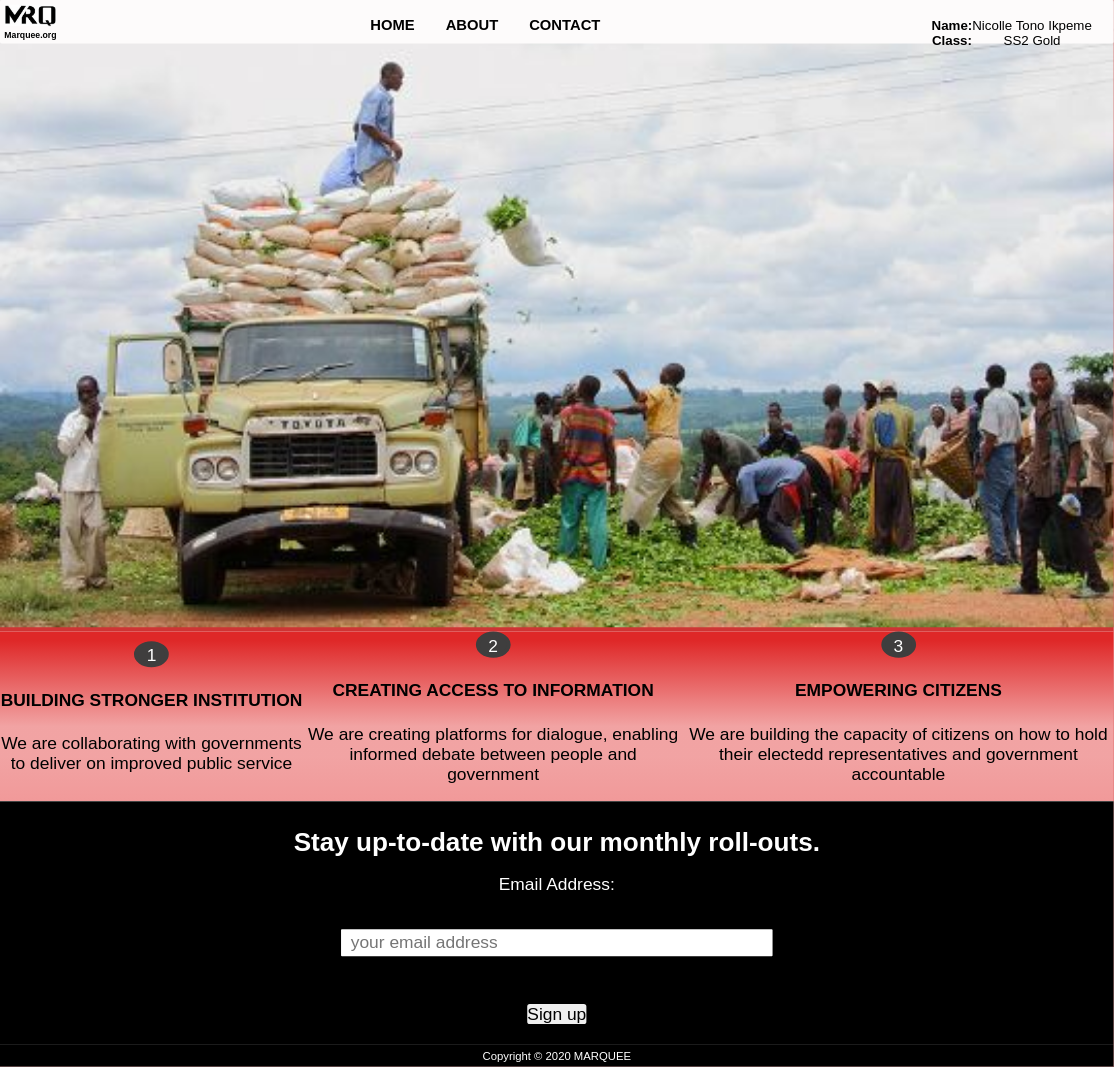
Repository: pboi18/Marquee.org
Page: home.html
These files come from the project's save history. The page is drawn as it stood at one moment and after the next save; the edit follows.
The browser window is 1280 px wide. The pictures show the whole page, at 87% of full size.

Above is the page before, as saved 2020-07-11 23:18:55.

After the next save:
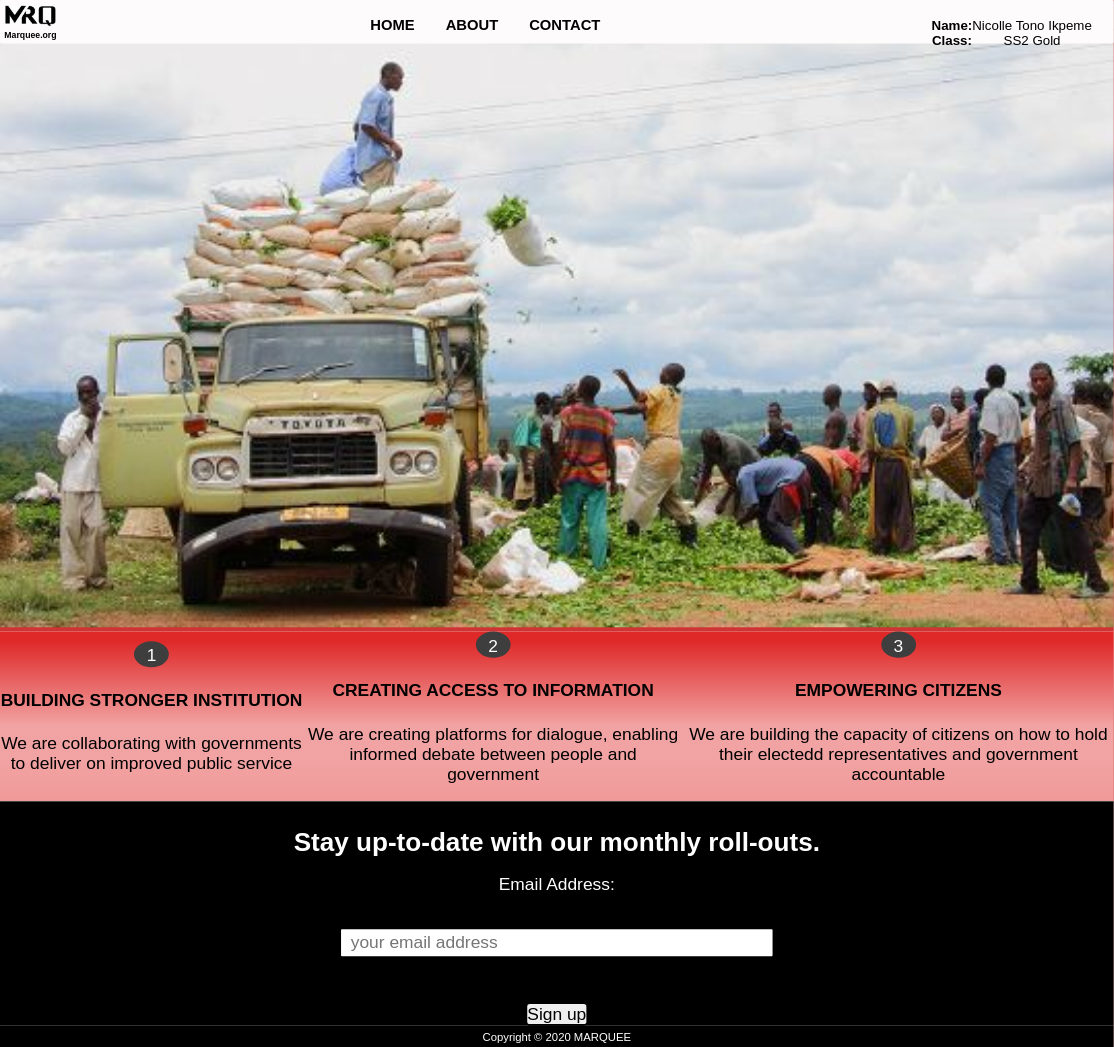
Saved 14 s later.
--- a/style.css
+++ b/style.css
@@ -140,7 +140,6 @@ textarea {
 
 .sec {
     background-color: black;
-    height: 280px;
     width: 100%;
     text-align: center;
     margin-bottom: 20px #000;
